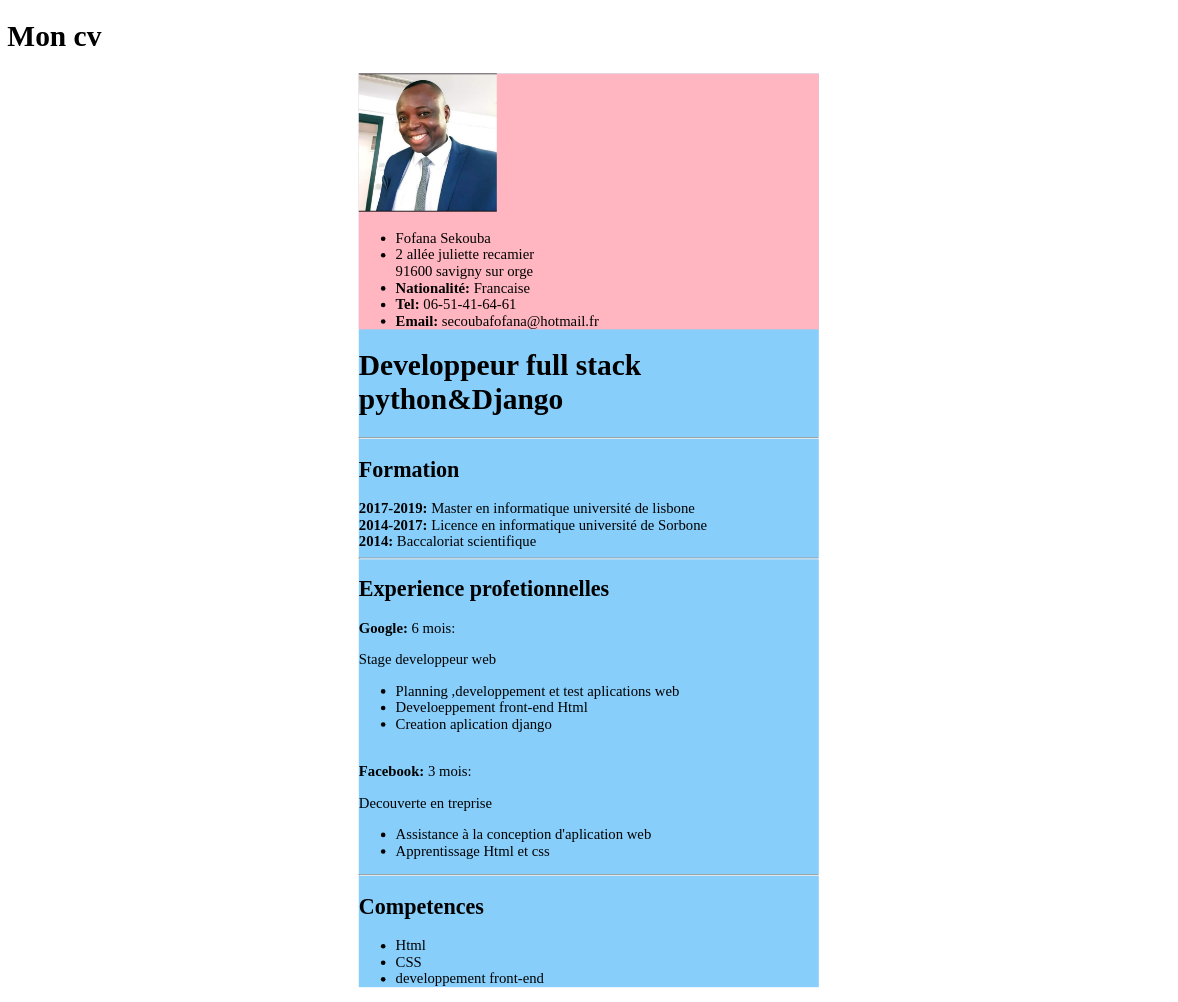
Repository: lamdakara/cv-html
Page: index.html
An editor plug-in stored every save of this project. The page is shown before and after the next save, followed by the edit.
The browser window is 1280 px wide. The pictures show the whole page, at 92% of full size.
Some web libraries are served in a nearby version.

Above is the page before, as saved 2023-08-26 13:42:17.

After the next save:
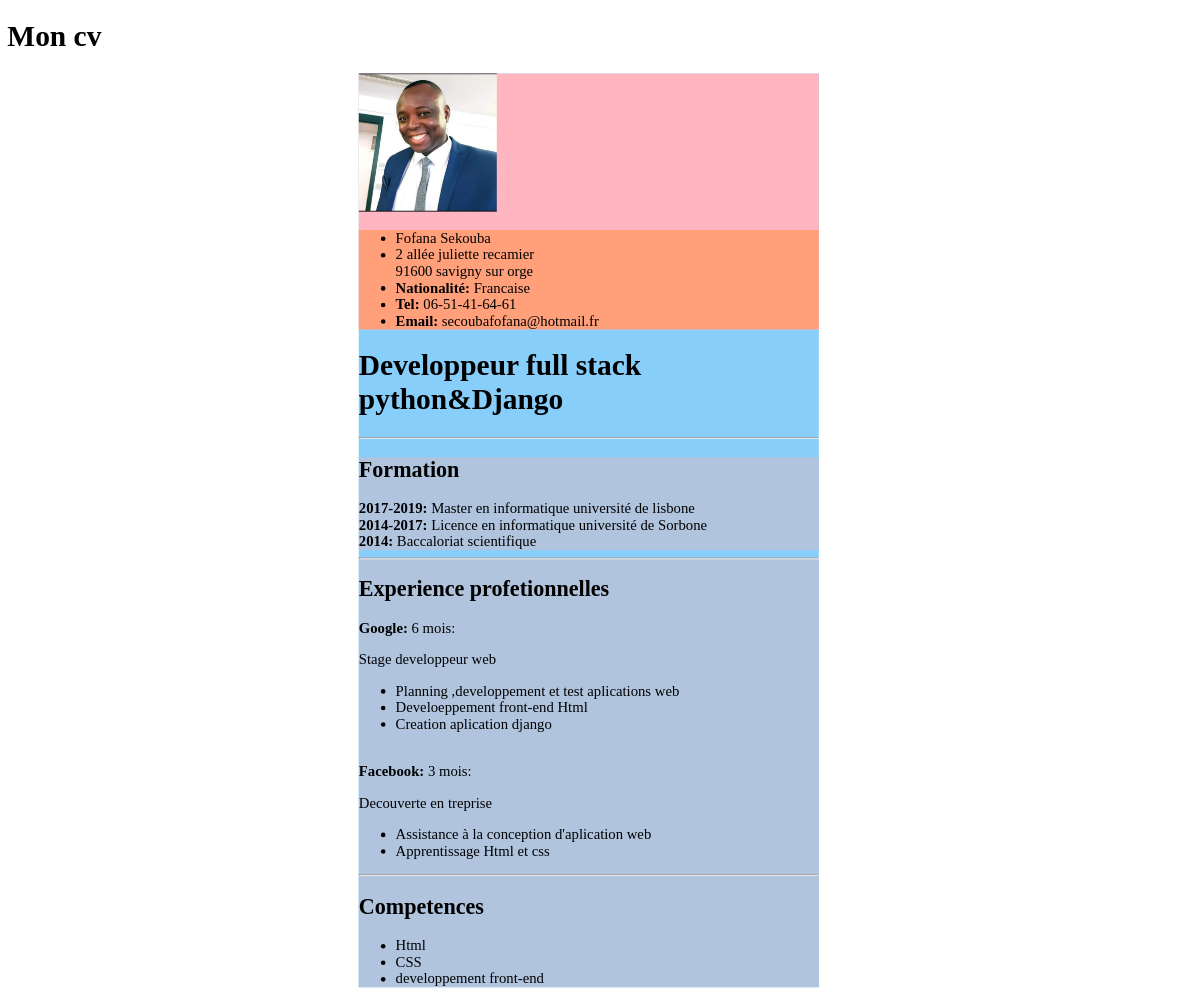
Saved 3 min 30 s later.
--- a/css/style.css
+++ b/css/style.css
@@ -11,3 +11,9 @@ img{
     width: 150px;
     height: 150px;
 }
+.liste-details{
+    background-color: lightsalmon;
+}
+.cv-section{
+    background-color: lightsteelblue;
+}
